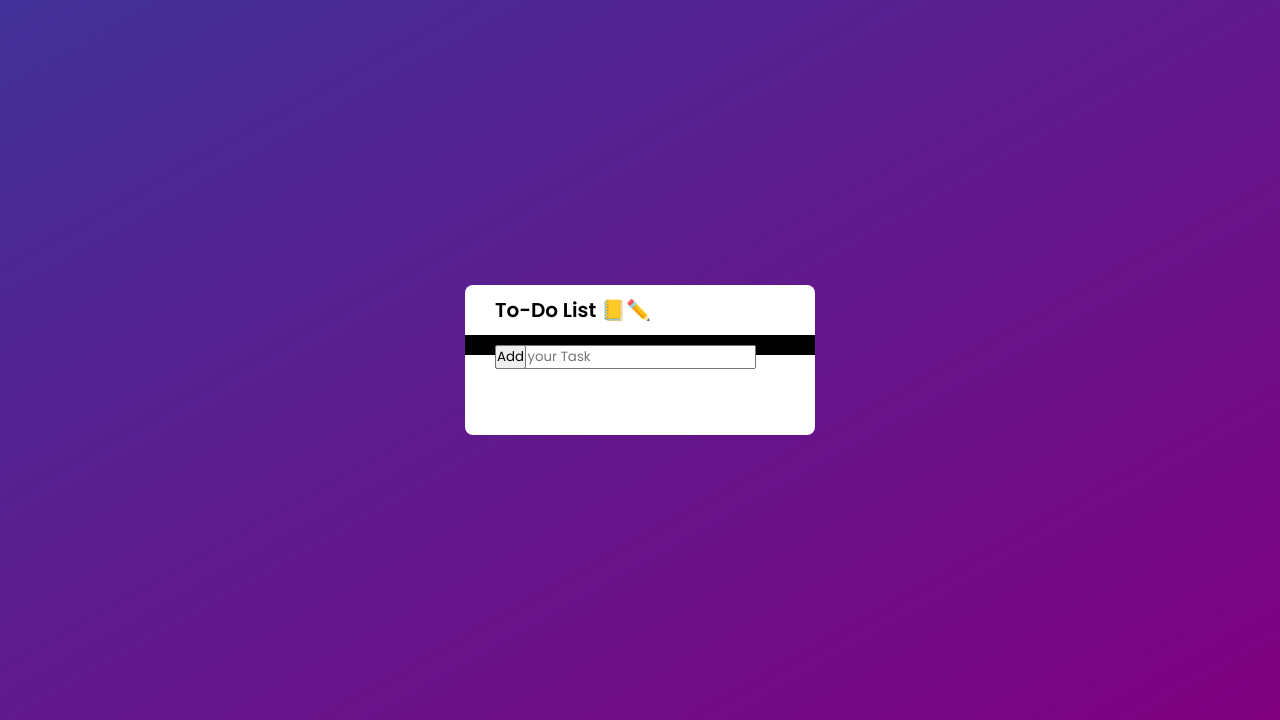
Repository: Ankitkr2021/To-Do-List
Page: index.html
These files come from the project's save history. The page is drawn as it stood at one moment and after a run of saves; the edit follows.
The browser window is 1280 px wide. The pictures show the whole page.

Above is the page before, as saved 2025-10-03 10:06:11.

After the next 2 saves:
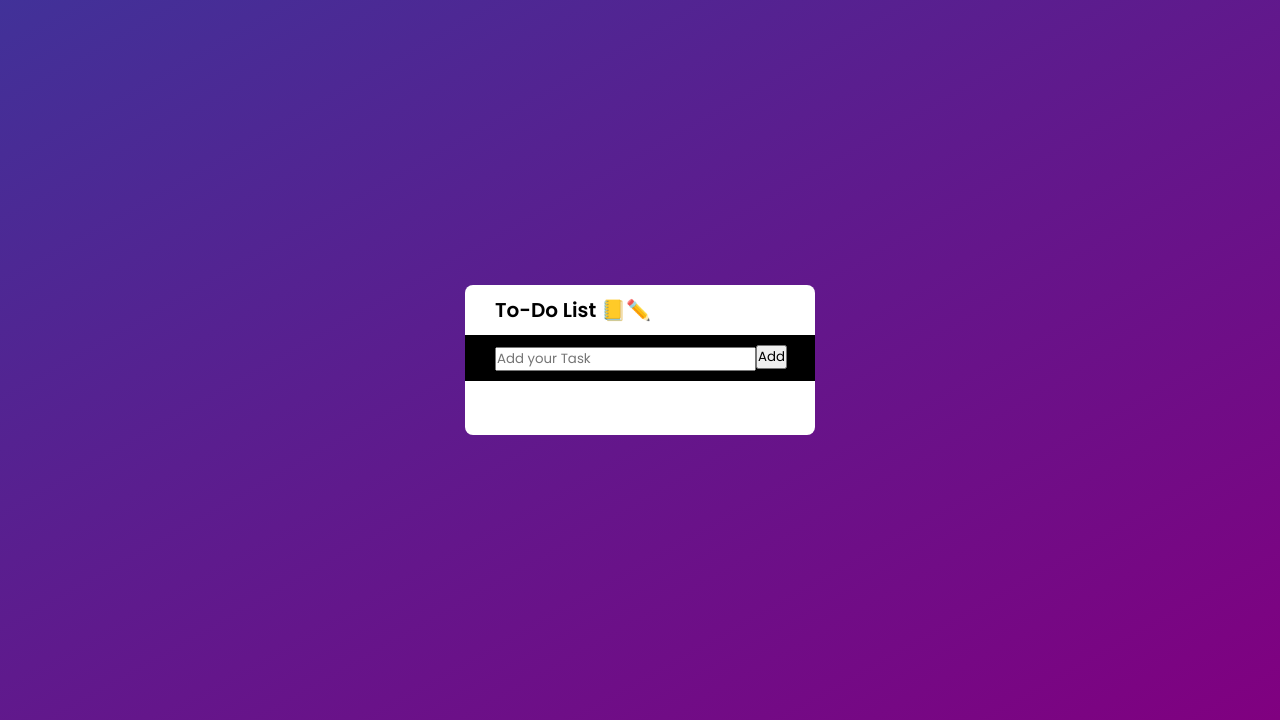
The 2 saves are shown as one change because they came seconds apart.
The last was saved 8 s later.
--- a/style.css
+++ b/style.css
@@ -37,11 +37,11 @@ body{
 }
 
 .task input {
+    /* content: ""; */
+    /* position: absolute; */
+}
+
+.task button {
     content: "";
     position: absolute;
 }
-
-.task button {
-    /* content: ""; */
-    position: absolute;
-}
